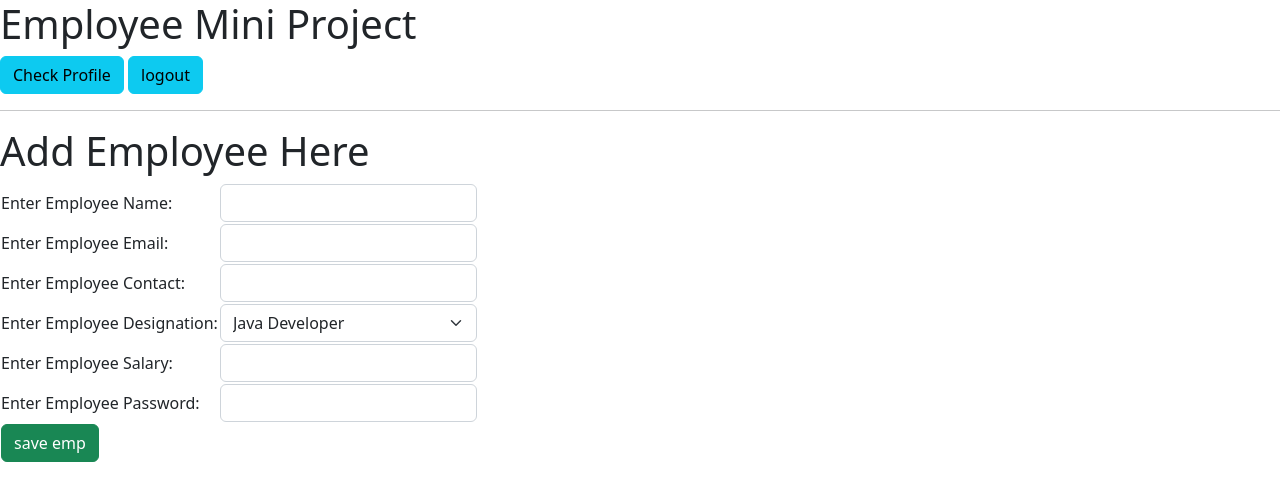
Repository: mca45034/MiniProjectp3
Page: http://localhost/miniproject/addEmployee.jsp
These files come from the project's save history. The page is drawn as it stood at one moment and after the next save; the edit follows.
The browser window is 1280 px wide. The pictures show the whole page.
The page is served by Tomcat 9.

Above is the page before, as saved 2024-03-02 12:27:25.

After the next save:
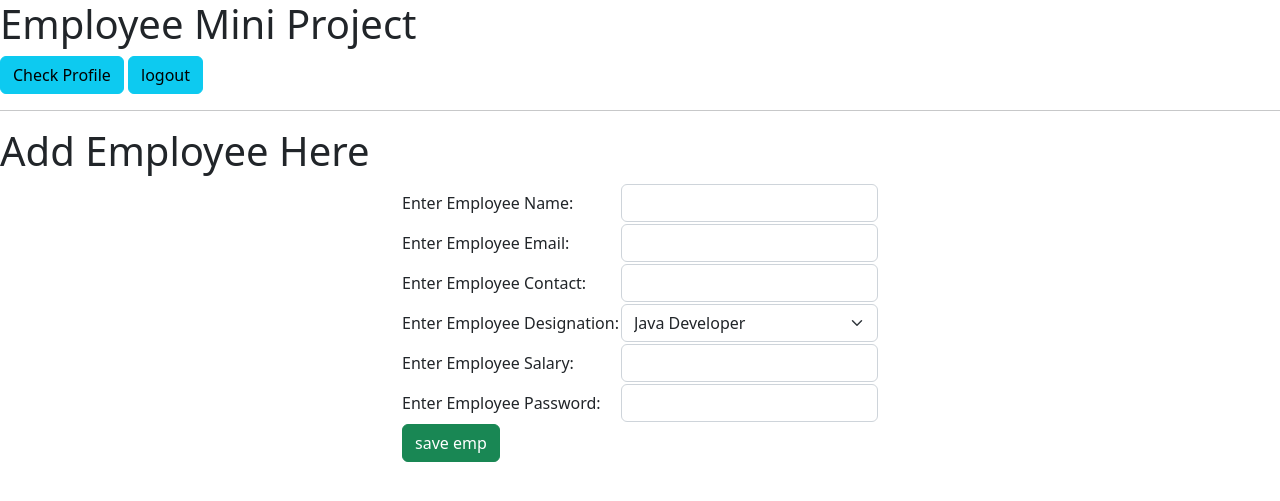
Saved 26 s later.
--- a/project/miniproject/src/main/webapp/addEmployee.jsp
+++ b/project/miniproject/src/main/webapp/addEmployee.jsp
@@ -12,7 +12,7 @@
 <%@ include file="header.jsp" %>
 <h1>Add Employee Here</h1>
 <form action="employeec" method="post">
-<center></center>
+<center>
 <input type="hidden" name="action" value="addemp">
 	<table>
 		<tr>
@@ -59,5 +59,6 @@ if(msg!=null){
 %>
 <p style="color:red"><%=msg %></p>
 <%} %>
+</center>
 </body>
 </html>
